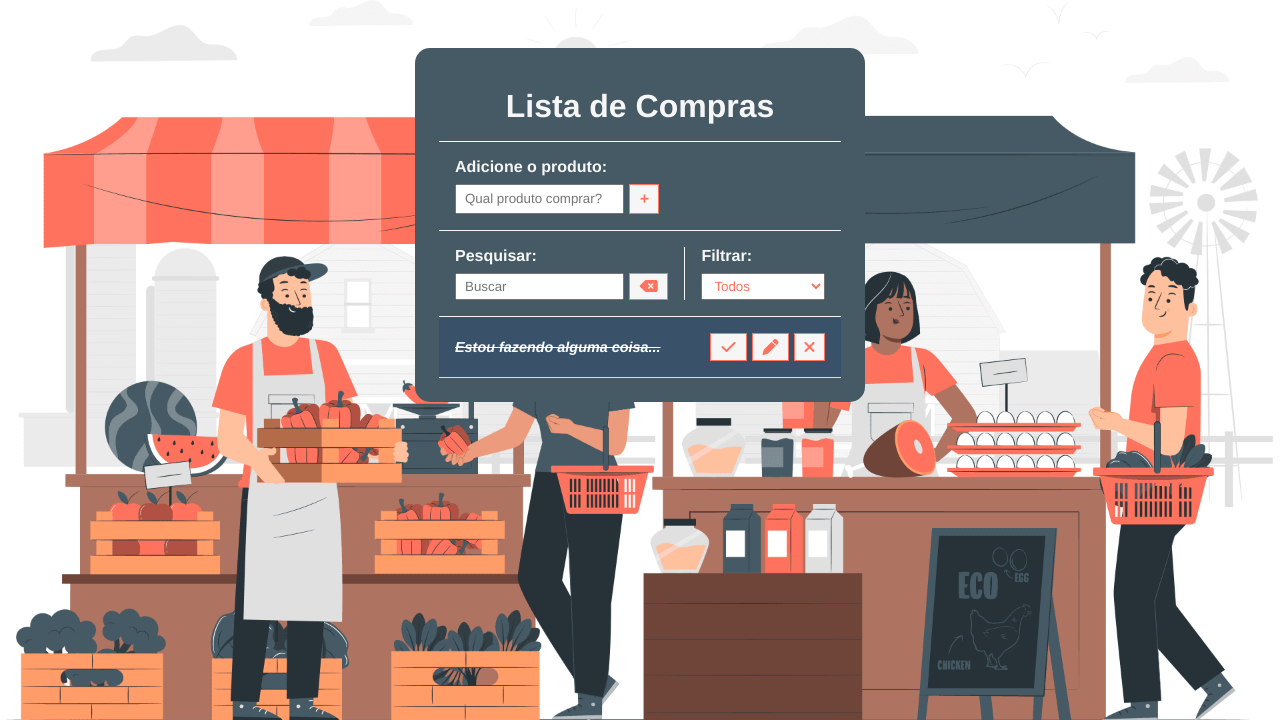
Repository: Dkrvalho/mercado
Page: index.html
These files come from the project's save history. The page is drawn as it stood at one moment and after a run of saves; the edit follows.
The browser window is 1280 px wide. The pictures show the whole page.

Above is the page before, as saved 2023-01-09 15:11:42.

### index.html
<!DOCTYPE html>
<html lang="en">
<head>
    <meta charset="UTF-8">
    <meta http-equiv="X-UA-Compatible" content="IE=edge">
    <meta name="viewport" content="width=device-width, initial-scale=1.0">
    <!-- CSS -->
    <link rel="stylesheet" href="css/style.css">
    <!-- Font Awesome -->
    <link rel="stylesheet" href="https://cdnjs.cloudflare.com/ajax/libs/font-awesome/6.2.1/css/all.min.css" integrity="sha512-MV7K8+y+gLIBoVD59lQIYicR65iaqukzvf/nwasF0nqhPay5w/9lJmVM2hMDcnK1OnMGCdVK+iQrJ7lzPJQd1w==" crossorigin="anonymous" referrerpolicy="no-referrer" />
    <!-- JS -->
    <script src="js/script.js" defer></script>
    <!-- defer faz com que o js seja carregado após o html -->
    <title>Lista de Compras</title>
</head>
<body>
    <main class="container">
        <header>
            <h1>Lista de Compras</h1>
        </header>
        <form id="todo-form">
            <p>Adicione o produto:</p>
            <div class="form-control">
                <input type="text" id="todo-input" placeholder="Qual produto comprar?">
                <button type="submit">
                    <i class="fa-thin fa-plus"></i>
                </button>
            </div>
        </form>
        <form id="edit-form" class="hide">
            <p>Edite o produto</p>
            <div id="form-control">
                <input type="text" id="edit-input">
                <button type="submit">
                    <i class="fa-solid fa-check-double"></i>
                </button>
            </div>
            <button id="cancel-edit-btn">Cancelar</button>
        </form>
        <div id="toolbar">
            <div id="search">
                <h4>Pesquisar:</h4>
                <form>
                    <input type="text" id="search-input" placeholder="Buscar">
                    <button id="erase-btn">
                        <i class="fa-solid fa-delete-left"></i>
                    </button>
                </form>
            </div>
            <div id="filter">
                <h4>Filtrar:</h4>
                <select id="filter-select">
                    <option value="all">Todos</option>
                    <option value="done">Comprados</option>
                    <option value="todo">A comprar</option>
                </select>
            </div>
        </div>
        <div id="todo-list">
            <div class="todo done">
                <h3>Estou fazendo alguma coisa...</h3>
                <button class="finish-todo">
                    <i class="fa-solid fa-check"></i>
                </button>
                <button class="edit-todo">
                    <i class="fa-solid fa-pen"></i>
                </button>
                <button class="remove-todo">
                    <i class="fa-solid fa-xmark"></i>
                </button>
            </div>
        </div>
    </main>
</body>
</html>

### css/style.css
/* Geral */
* {
    padding: 0;
    margin: 0;
    font-family: Helvetica, sans-serif, Arial;
    color: #f6f6f6;
    box-sizing: border-box;
}

html {
    background: url(../img/fundo.png) no-repeat center center fixed;
    -webkit-background-size: cover;
    -moz-background-size: cover;
    -o-background-size: cover;
    background-size: cover;
  }

button {
    background-color: #f6f6f6;
    color: #ff725e;
    border: 1px solid #ff725e;
    padding: .3rem .6rem;
    font-size: 1rem;
    cursor: pointer;
    display: flex;
    justify-content: center;
    align-items: center;
    transition: .4s;
}

button:hover {
    background-color: #ff725e;
    color: #f6f6f6;
}

button:hover > i {
    color: #f6f6f6;
}

button i {
    color: #ff725e;
    font-weight: bold;
    pointer-events: none;
}

input, select {
    padding: .25rem .5rem;
}

.hide {
    display: none;
}

/* To Do Header */
.container {
    max-width: 450px;
    margin: 3rem auto;
    background-color: #455a64;
    padding: 1.5rem;
    border-radius: 15px;
}

.container header {
    text-align: center;
    padding: 1rem 1rem;
    border-bottom: 1.5px solid #f6f6f6;
}

/* Form */
#todo-form, #edit-form {
    padding: 1rem;
    border-bottom: 1.5px solid #f6f6f6;
}

#todo-form p, #edit-form p {
    margin-bottom: .5rem;
    font-weight: bold;
}

.form-control {
    display: flex;
}

.form-control input {
    margin-right: .3rem;
}

#cancel-edit-btn {
    margin-top: 1rem;
}

/* To Do toolbar */
#toolbar {
    padding: 1rem;
    border-bottom: 1.5px solid #f6f6f6;
    display: flex;
}

#toolbar h4 {
    margin-bottom: .5rem;
}

#search {
    border-right: 1.5px solid #f6f6f6;
    padding-right: 1rem;
    margin-right: 1rem;
    width: 65%;
    display: flex;
    flex-direction: column;
}

#search form {
    display: flex;
}

#search input {
    width: 100%;
    margin-right: .3rem;
}

#filter {
    width: 35%;
    display: flex;
    flex-direction: column;
}

#filter select {
    flex: 1;
    color: #ff725e;
}

/* To Do List */

.todo {
    display: flex;
    justify-content: space-around;
    align-items: center;
    padding: 1rem;
    border-bottom: 1px solid #ddd;
    transition: .4s;
}

.todo h3 {
    flex: 1;
    font-size: .9rem;
}

.todo button {
    margin-left: .3rem;
}

.done {
    background-color: #395169;
}

.done h3 {
    color: #fff;
    text-decoration: line-through;
    font-style: italic;
}

Loaded but not shown: js/script.js (no copy from this time; the picture is the same without it)

After the next 2 saves:
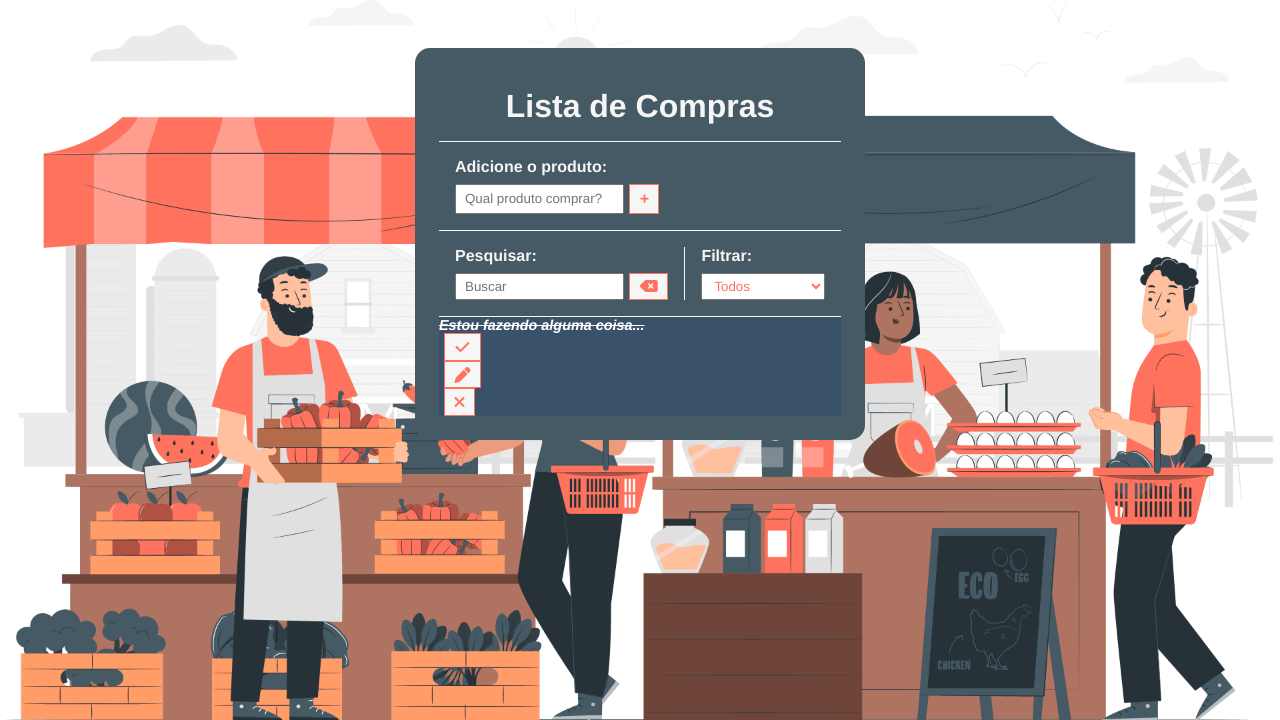
The 2 saves are shown as one change because they came seconds apart.
The last was saved 16 s later.
--- a/css/style.css
+++ b/css/style.css
@@ -129,6 +129,8 @@
     color: #ff725e;
 }
 
+#filter select op
+
 /* To Do List */
 
 .todo {

After the save that followed:
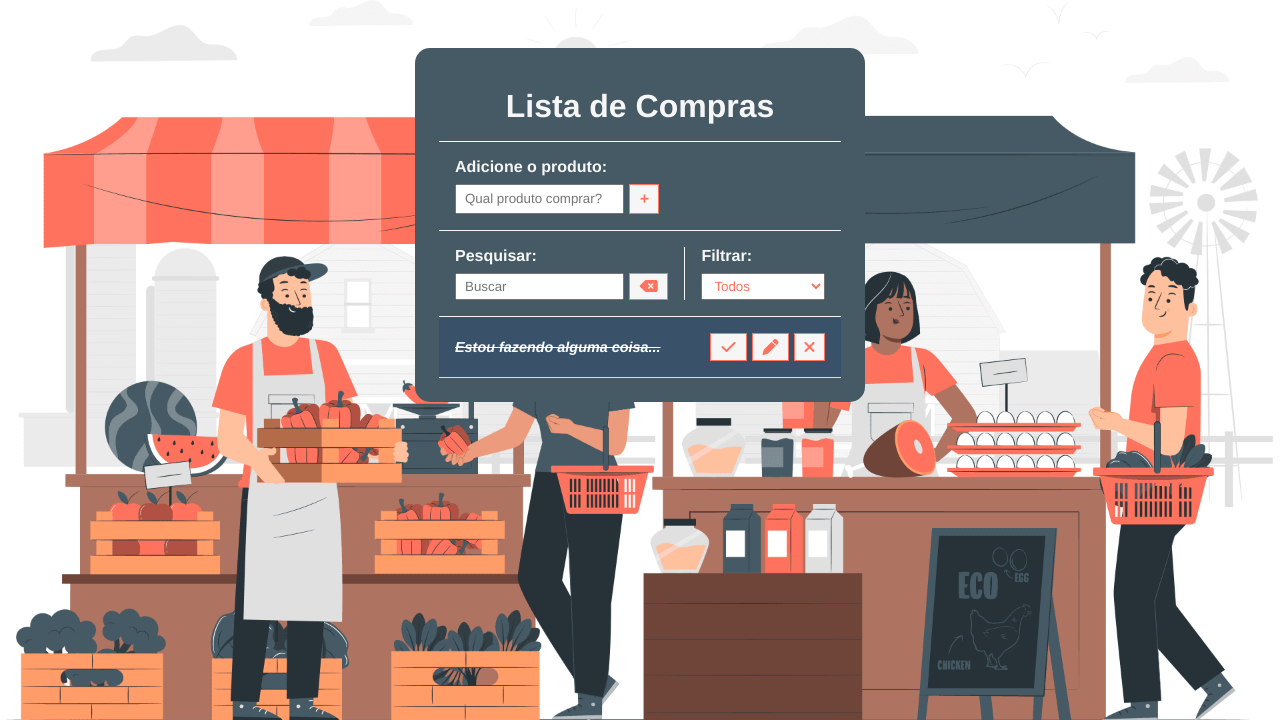
Saved 4 s later.
--- a/css/style.css
+++ b/css/style.css
@@ -129,7 +129,9 @@
     color: #ff725e;
 }
 
-#filter select op
+#filter select option {
+
+}
 
 /* To Do List */
 
